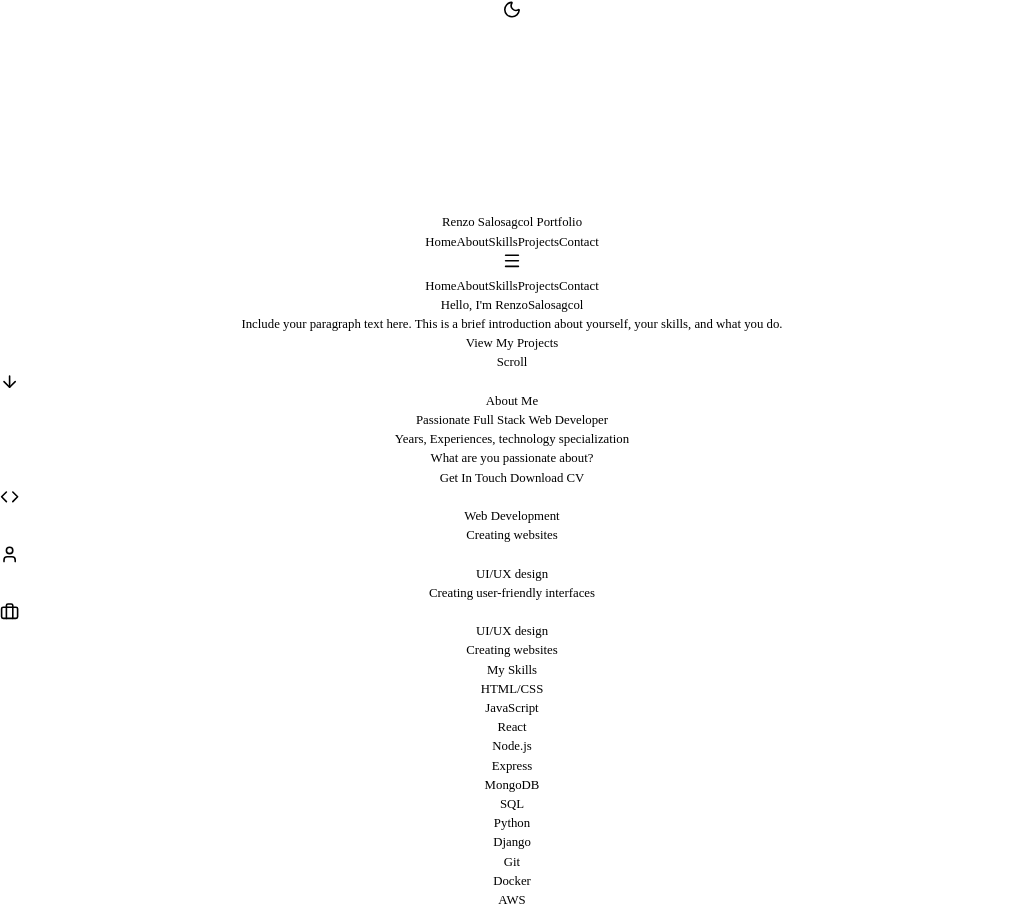
Repository: Renzo-Salosagcol/PERSONAL-PORTFOLIO
Page: /
An editor plug-in stored every save of this project. The page is shown before and after the next save, followed by the edit.
The browser window is 1280 px wide. The pictures show the whole page, at 80% of full size.
The project was rebuilt for these pictures with package versions that can differ from the ones it lists, and the page was loaded fresh each time. Also part of the build but not shown: vite.config.js, src/pages/notFound.jsx.

Above is the page before, as saved 2025-10-06 20:14:40.

After the next save:
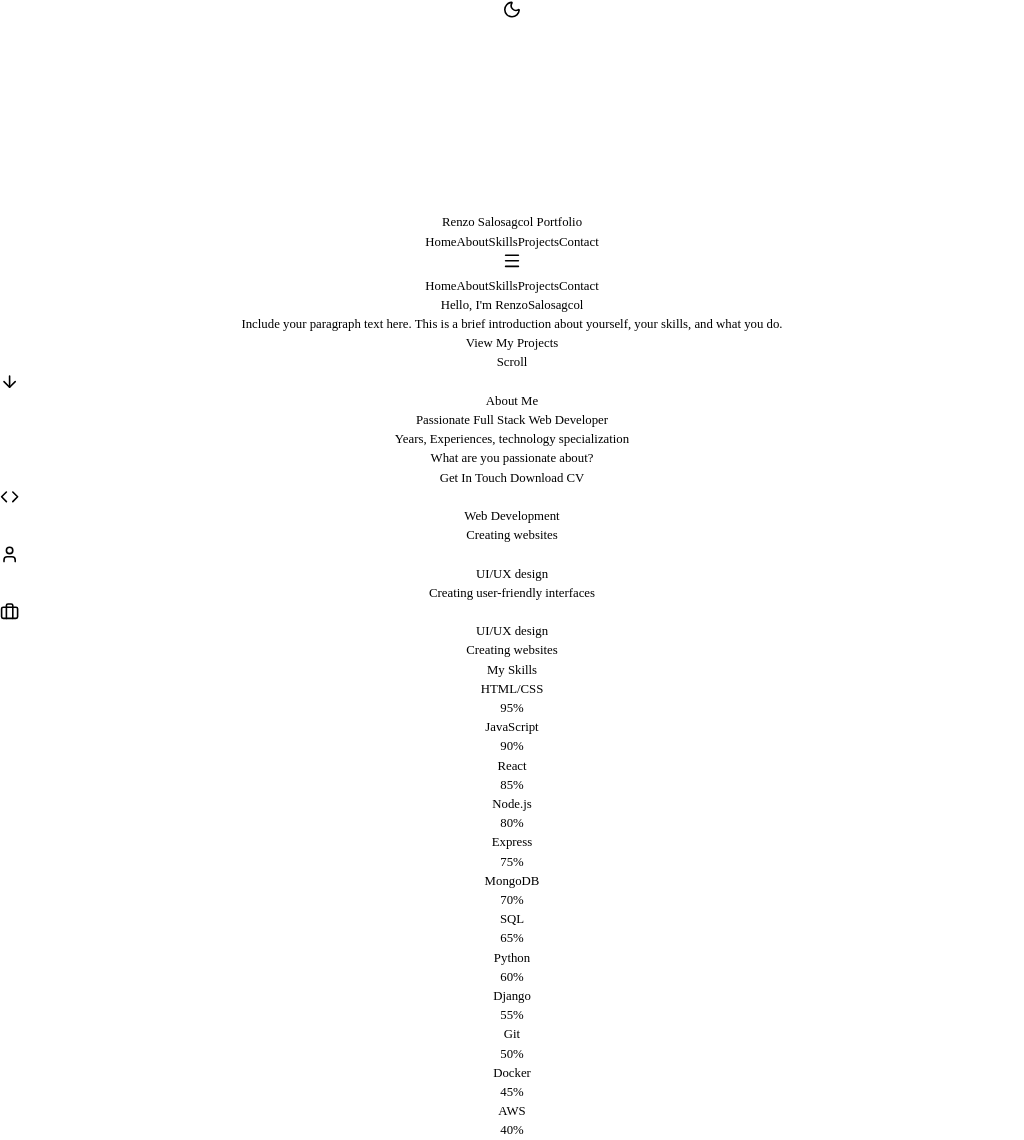
Saved 87 s later.
--- a/src/components/SkillsSection.jsx
+++ b/src/components/SkillsSection.jsx
@@ -34,6 +34,9 @@
                      style={{ width: `${skill.level}%` }}
                 />
               </div>
+              <div className="text-right mt-1">
+                <span className="text-sm text-muted-foreground">{skill.level}%</span>
+              </div>
             </div>
             ))}
         </div>
